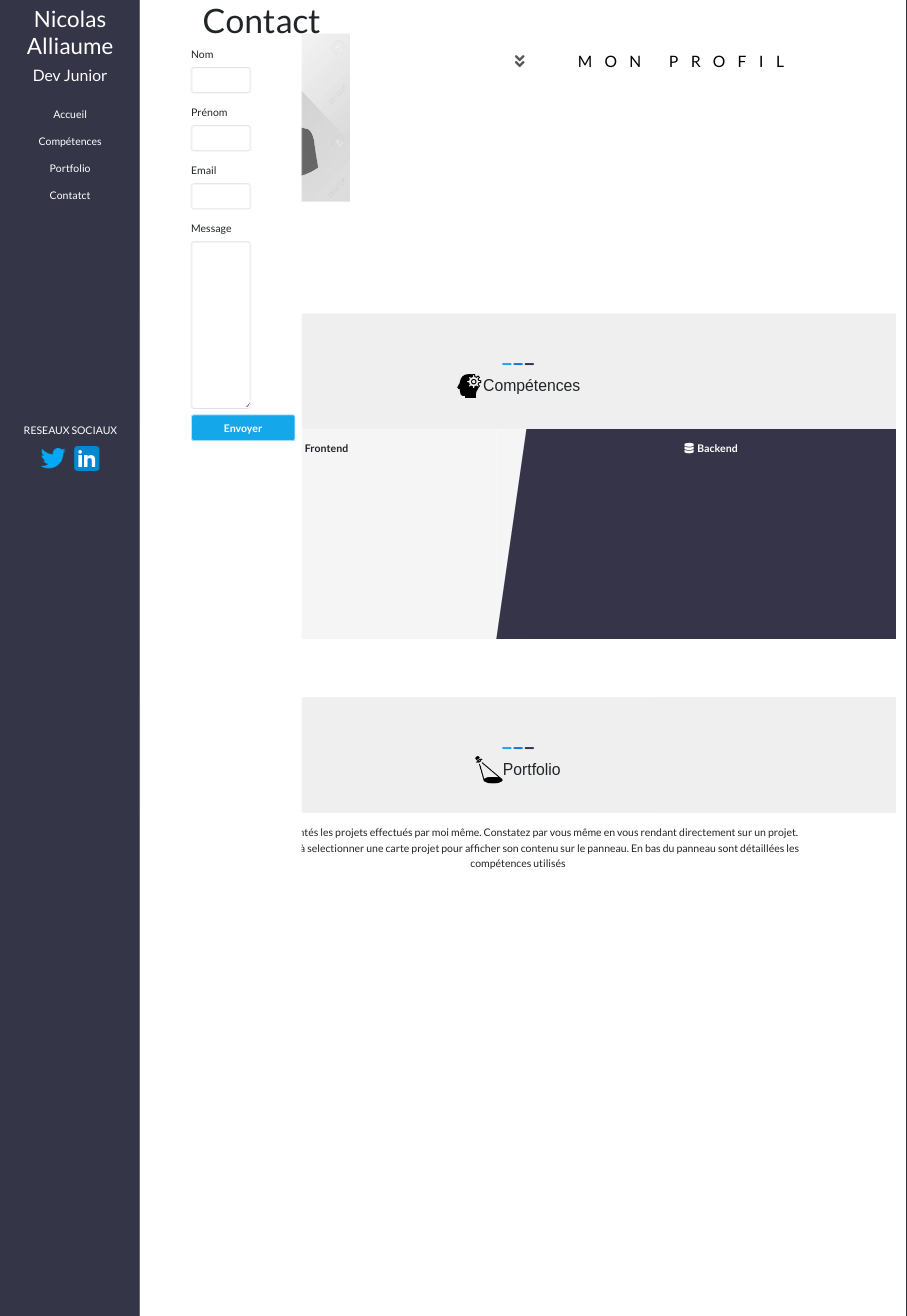
Repository: Nicolas-al/alliaumen
Page: templates/main/index.html.twig
The author's editor kept a copy of each file at every save. The page is drawn from the files as they stood at one save, then again after the next save.
The browser window is 1280 px wide. The page is 1295 px wide, so the pictures cover 1295 px, including what lies to the right of the window. The pictures show the part of the page from y = 0 to 1880 px (the page is 3063 px tall before and 720 px after), at 70% of full size.
After loading, the first visible `#form_button` was clicked once.
Some web fonts or font styles are not loaded; a fallback is used. Some web libraries are served in a nearby version. The page is a Twig template of a Symfony application; nobody is signed in and links lead nowhere. Other server files are loaded and not shown. The template is opened directly, without the code that normally fills it, so the values that code supplies are empty.

Above is the page before, as saved 2020-10-10 17:38:24.

### templates/main/index.html.twig
{% extends 'base.html.twig' %}


{% block body %}
    <div class="wrapper">
        <nav id="sidebar">
        {% include 'main/aside.html.twig' %}
        </nav>
        <div id="all-content">
            <div id="visible-content">
                <div class="col-lg-12 mt-5" id="header">
                        <div class="row">
                            <div class="col-lg-3 col-sm-3 offset-md-1" id="block_photo">
                                <img src="{{ asset('images/29273464-photo-de-profil-avatar.jpg') }}" alt="image de profil" style="width : inherit">
                            </div>
                            <div class="col-lg-8 col-sm-8" id="block_profil">
                                <div class="text-center d-flex" id="profil">
                                    <div class="block-down">
                                        <i class="fas fa-angle-double-down double-down"></i>
                                    </div>
                                    <div class="from-center">Mon profil</div>
                                </div>
                                <ul class="list-group list-group-flush" id="profil_panel">
                                    <li class="list-group-item">Diplôme : Master Sociologie Rennes 2</li>
                                    <li class="list-group-item list-group-item-secondary">Age : 29</li>
                                    <li class="list-group-item">Formation Web : Openclassroom</li>
                                    <li class="list-group-item list-group-item-secondary">Intitulé : Developpeur Web Junior</li>
                                    <li class="list-group-item">Parcours : Virage à 180, non pas par dégoût bien au contraire, j'ai acquis des connaisances importantes. J'ai découvert ce domaine et voyez la suite de ce site par vous même. </li>
                                </ul>
                            </div>
                        </div>
                </div>
                <div id="block_competences">
                        <div class="block_title">
                            <div class="title_elmt">
                                <div class="minus_block">
                                    <i class="fas fa-minus minus_one"></i>
                                    <i class="fas fa-minus minus_two"></i>
                                    <i class="fas fa-minus minus_three"></i>
                                </div>
                                <div class="title">
                                    <img src="{{ asset('images/icons/icon-skills.png') }}" alt="icon d'une tête d'humain" class="" />
                                    <h4>Compétences</h4>
                                </div>
                            </div>
                        </div>

                        <div id="skills">
                            <div class="h-50" id="front">
                                <div class="skills col-lg-12">
                                    <div class="row h-100">
                                        <div class="col-lg-12 d-flex mt-2 justify-content-center skills-title">
                                            <i class="fas fa-code"></i>
                                            <p class="align-title"><strong>Frontend</strong></p>
                                        </div>
                                        <div class="col-lg-12 mt-2" id="text_black">
                                            <div class="row text-center">
                                            {% for skill in skills %}
                                                {% if skill.type == "Frontend" %}
                                                    <div class="col-lg-4 col-sm-4 logo-skills">
                                                    {% if skill.logo %}
                                                        <img src="{{ vich_uploader_asset( skill, 'logoFile') | imagine_filter('small_thumb')}}" alt="">
                                                    {% endif %}
                                                        <p> {{ skill.name }} </p>
                                                    </div>
                                                {% endif %}
                                            {% endfor %}
                                            </div>
                                        </div>
                                    </div>
                                </div>
                            </div>
                            <div class="h-50" id="back">
                                <div class="skills col-lg-12">
                                    <div class="row h-100">
                                        <div class="col-lg-12 d-flex justify-content-center mt-2 skills-title">
                                            <i class="fas fa-database text-white"></i>
                                            <p class="align-title text-white"><strong>Backend</strong></p>
                                        </div>
                                        <div class="col-lg-12 mt-2 text-white" id="text_white">
                                            <div class="row text-center">
                                                {% for skill in skills %}
                                                    {% if skill.type == "Backend" %}
                                                        <div class="col-lg-4 col-sm-4 logo-skills" >
                                                        {% if skill.logo %}
                                                            <img src="{{ vich_uploader_asset( skill, 'logoFile') | imagine_filter('small_thumb')}}" alt="">
                                                        {% endif %}
                                                            <p> {{ skill.name }} </p>
                                                        </div>
                                                    {% endif %}
                                                {% endfor %}
                                            </div>
                                        </div>
                                    </div>
                                </div>
                            </div>
                        </div>
                </div>
                <div class="mt-5" id="block_portfolio">

                    <div class="col-lg-12 block_title mb-3">
                        <div class="title_elmt">
                            <div class="minus_block">
                                <i class="fas fa-minus minus_one"></i>
                                <i class="fas fa-minus minus_two"></i>
                                <i class="fas fa-minus minus_three"></i>
                            </div>
                            <div class="title">
                                <img src="{{ asset('images/icons/icon-portfolio.png') }}" alt="lampe qui éclair" class="" />
                                <h4>Portfolio</h4>
                            </div>
                        </div>
                    </div>
                    <div class="offset-lg-1 col-lg-10 offset-sm-1 col-sm-10" id="para_portfolio">
                        <p> Ici sont présentés les projets effectués par moi même. Constatez par vous même en vous rendant directement sur un projet. N'hésitez pas à selectionner une carte projet pour afficher son contenu sur le panneau. En bas du panneau sont détaillées les compétences utilisés</p>
                    </div>
                    <div class="d-flex m-auto block_slides">

                        {% for project in portfolio %}

                        <div class="panel_project">
                            <div class="description_project">
                                <div class="">
                                    <div class="col-lg-12">
                                        <h4>{{ project.title }}</h4>
                                    </div>
                                    <div class="col-lg-12">
                                        <p> {{ project.description }}</p>
                                    </div>
                                </div>
                            </div>
                            <div class="project">
                                <img src="{{ vich_uploader_asset(project, 'imageFile') | imagine_filter('slider_thumb')}}" alt="image projet">
                            </div>
                            <div class="skills_project">
                                <div class="row">
                                    <div class="col-lg-12">
                                        <p> <span>Compétences utilisées :</span> {{ project.skills }}</p>
                                    </div>
                                </div>
                            </div>
                            <div class="project_link">
                                    <a href="{{ path('portfolio', {'id' : project.id})  }}" class="text-white"> voir la page projet </a>
                            </div>
                        </div>

                        {% endfor %}
                    </div>

                    <div class="col-lg-12" id="block_project_card">
                        <div class="row" id="projects_cards">

                            {% for project in portfolio %}

                            <div class="project_card">
                                <div class="project_content">
                                    <h6> {{ project.title }} </h6>
                                    <img src="{{ vich_uploader_asset( project, 'imageFile') | imagine_filter('medium_thumb')}}" alt="">
                                    <p> {{ project.description }} </p>
                                    <p> {{ project.skills }} </p>
                                </div>
                            </div>

                            {% endfor %}

                        </div>
                    </div>
                </div>
                <div id="block_contact">
                    <div class="col-lg-12 block_title">
                        <div class="title_elmt">
                            <div class="minus_block">
                                <i class="fas fa-minus minus_one"></i>
                                <i class="fas fa-minus minus_two"></i>
                                <i class="fas fa-minus minus_three"></i>
                            </div>
                            <div class="title">
                                <img src="{{ asset('images/icons/icon-contact-de-messagerie.png') }}" alt="icon d'une tête d'humain" class="" />
                                <h4>Contact</h4>
                            </div>
                        </div>
                    </div>
                    <div class="col-lg-12 pl-5">

                        <address>
                            <p class="d-inline"> Email : </p>
                            <a href="mailto:alliaume.nicolas@gmail.com">alliaume.nicolas@gmail.com</a><br>
                        </address>
                    </div>
                    <p class="col-lg-12 pl-5">
                        Laissez moi un message si vous le souhaitez après avoir cliqué sur le bouton ci-dessous.
                    </p>
                    <div class="col-lg-12 pl-5">
                        <button class="button" id="form_button">
                            <a href="#contact_form" id="form_link" class="font-weight-bold text-white">
                            laisser un message</a>
                        </button>
                    </div>

                </div>


            </div>
            <div>
                {% include 'contact/index.html.twig' %}
            </div>
        </div>
    </div>
    <div>
       {% include 'main/footer.html.twig' %}
    </div>
{% endblock %}


{% block footer %}

{% endblock %}

### templates/base.html.twig
<!DOCTYPE html>
<html>
    <head>
        <lang="fr">
        <meta charset="UTF-8">
        <meta name="viewport" content="width=device-width, initial-scale=1">
        <!-- Open Graph data -->
        <meta name="description" content="Portfolio developpeur Web"/>
        <link rel="canonical" href="http://alliaumen.com/" />
        <meta property="og:locale" content="fr_FR" />
        <meta property="og:type" content="website" />
        <meta property="og:title" content="Portfolio Nicolas-A" />
        <meta property="og:description" content="Portfolio présentant l'ensemble de mes compétences ainsi que les projets effectués dans le Developpement Web" />
        <meta property="og:url" content="http://alliaumen.com/" />
        <meta property="og:site_name" content="Portfolio Nicolas-A" />

        <!-- Twitter cards -->

        <meta name="twitter:card" content="summary_large_image" />
        <meta name="twitter:description" content="Portfolio présentant l'ensemble de mes compétences ainsi que les projets effectués dans le Developpement Web" />
        <meta name="twitter:title" content="Portfolio Nicolas-A | Compétences et projets personnel dans le developpement web" />
        <meta name="twitter:site" content="@PortfolioNA" />
        <meta name="twitter:image" content="https://blog.octopulse.io/wp-content/uploads/2019/05/logo-seul-couleur@2x-e1556899421228.png" />

        <title>{% block title %}Projet5!{% endblock %}</title>
        {% block stylesheets %}
        <link type="text/css" rel="stylesheet" href="{{ asset('/css/style.css') }}" />
        <link type="text/css" rel="stylesheet" href="{{ asset('/css/project.css') }}" />
        <link rel="stylesheet" href="https://bootswatch.com/4/flatly/bootstrap.min.css">
        <link rel="stylesheet" href="https://cdnjs.cloudflare.com/ajax/libs/font-awesome/5.9.0/css/all.css">
        <link href="https://fonts.googleapis.com/css2?family=Oswald&family=Philosopher&family=Roboto&family=Crete+Round&family=Dosis:wght@600&family=Merienda:wght@700&display=swap" rel="stylesheet">
        <script src="https://code.jquery.com/jquery-3.5.1.min.js" integrity="sha256-9/aliU8dGd2tb6OSsuzixeV4y/faTqgFtohetphbbj0=" crossorigin="anonymous"></script>
        <script src="{{ asset('js/accueil/profil.js') }}"></script>
        <script src="{{ asset('js/accueil/skills.js') }}"></script>
        <script src="{{ asset('js/accueil/slider.js') }}"></script>
        <script src="{{ asset('js/accueil/contact.js') }}"></script>

        {% endblock %}
    </head>
    <body>

            {# {% block aside %}{% endblock %} #}
            {% block body %}{% endblock %}
            {% block javascripts %}{% endblock %}
            <footer>
            {% block footer %}{% endblock %}
            </footer>
            <script src="{{ asset('js/portfolio/deleteCom.js') }}"></script>
            <script src="{{ asset('js/portfolio/banIp.js') }}"></script>
    </body>
</html>

### templates/main/aside.html.twig

    {% block sidebar %}
            <div class="sidebar-header">
                <h3 class="text-center">Nicolas Alliaume</h3>
                <h4 class="text-center">Dev Junior</h4>
            </div>
            <div class="navbar navbar-expand text-center">
                <ul class="nav" style="width: -webkit-fill-available">
                    <li class="nav-item active"><a href="/#" class="nav-link text-white">Accueil</a></li>
                    <li class="nav-item"><a href="/#block_competences" class="nav-link text-white">Compétences</a></li>
                    <li class="nav-item"><a href="/#block_portfolio" class="nav-link text-white">Portfolio</a></li>
                    <li class="nav-item"><a href="/#block_contact" class="nav-link text-white">Contatct</a></li>
                </ul>
            </div>
            <div class="block_network">
                <h6>RESEAUX SOCIAUX</h6>
                <div class="d-flex justify-content-center">
                    <img class="" src="{{ asset('images/icons/icon-twitter.png') }}" alt="icon de twitter">
                    <img src="{{ asset('images/icons/icon-linkedin.png') }}" alt="icon de linkedin">
                </div>
            </div>
    {% endblock %}

### templates/contact/index.html.twig

<div class="modal_contact">
    <div class="row" id="contact_form">
        <div class="col-lg-4 offset-lg-4 text-center">
            <h1>
            Contact
            </h1>
        </div>
    </div>
    <div class="container">
        <div class="row">
            <div class="col-lg-6 mx-auto" id="contact_block">
                    <div class="form-group">
                        <label for="name">Nom</label>
                        <input type="text" class="form-control" name="name" id="name">
                        <small id="emailHelp" class="form-text text-muted"></small>
                    </div>
                    <div class="form-group">
                        <label for="firstname">Prénom</label>
                        <input type="text" class="form-control" id="firstname">
                    </div>
                    <div class="form-group">
                        <label for="mail">Email</label>
                        <input type="mail" class="form-control" id="mail">
                    </div>
                    <div class="form-group">
                        <label for="message">Message</label>
                        <textarea type="textarea" class="form-control" rows="10" id="message"></textarea>
                    </div>

                    <a class="button font-weight-bold text-white" id="button_form" href="#contact_form">Envoyer</a>
                    <p id="errors_form"></p>
            </div>
        </div>
    </div>
</div>

### templates/main/footer.html.twig
  {% block footer %}
                <footer class="row">
                    <div class="col-lg-12 mb-5 mt-5 text-center">
                        <a href="{{ path("mentions") }}" class="text-white">Mentions légales</a>
                    </div>
                    <div class="col-lg-12 text-dark copyright">
                            <p class="text-center">Tous droits réservés © Nicolas ALLIAUME 2020 - Portfolio numérique</p>

                    </div>
                </footer>
{% endblock %}

### public/css/project.css
/* ------------ Project Page -------------- */

h1{
    text-align: center;
    margin: 4%;
}
.project_page p{
    font-size: 1.1em;
    margin: 4% 0%;
    text-align: center;
}
.content{
    width: 100%;
}
figure{
    text-align: center;
}
figure img{
    box-shadow: 2px 2px 13px;
    width: 100%;
}
figure .btn{
    background: #353648;
    margin-top: 20px;
}
figure a{
    color: white;
}
figcaption{
    margin-top: 10px;
}
#comment_block{
    margin-bottom: 30px;
}
#comments{
    margin-bottom: 9%;
    margin-top: 4%;
}
#comments .comment{
    margin-bottom: 30px;
    border: 1px gainsboro;
    box-shadow: 1px 1px 5px;
}
#author_comment{
background-color: #353648;
color :white
}
#content_comment{
background-color: #ffffff;
padding: 9px 10px;
}

### public/js/accueil/contact.js
$(document).ready(function () {
        // on click pour afficher le formulaire
        ($('#form_button')).click(function(){
            $('.modal_contact').show();
            $('#sidebar').on('click', function(){
                $('.modal_contact').hide();
            });
        });
        //on attribut un href au btn de validation du formulaire
        if($('.modal_contact').hide()){
            console.log($('#form_link').attr("href"));
            $('#form_link').attr("href", "#contact_form");
        }
        // on click pour valider le formulaire
        $('#button_form').on('click', function(e){
            var name = $('#name').val();
            var firstName = $('#firstname').val();
            var mail = $('#mail').val();
            var message = $('#message').val();
            // si des champs sont vides : message erreur
            if (name === "" || firstName === "" || mail === "" || message === ""){
                var errorsForm = $('#errors_form').text("Un ou plusieurs champs ne sont pas remplis");
                errorsForm.fadeIn(300).delay(8000).fadeOut(1000);
            }
            // si tout es ok on fait une requete ajax
            else{
                $.ajax({
                    url: '/sendmail',
                    type: 'POST',
                    dataType : 'html',
                    data : 'name=' + name + '&firstname=' + firstName + '&mail=' + mail + '&message=' + message,
                    success: function (code_html, statut) { // success est toujours en place, bien sûr !
                        console.log(code_html);
                    },
                    error: function (resultat, statut, erreur) {
                    }
                });
                name = $('#name').val("");
                firstName = $('#firstname').val("");
                mail = $('#mail').val("");;
                message = $('#message').val("");
                $('.modal_contact').hide();
                console.log($("#button_form > a").attr("href"));
                $("#button_form > a").attr("href", "#block_contact");
            }
        });
});

Loaded but not shown: public/js/accueil/slider.js (51 lines, source omitted); public/js/accueil/profil.js (27 lines, source omitted); public/js/portfolio/deleteCom.js (19 lines, source omitted); public/js/portfolio/banIp.js (17 lines, source omitted); public/css/style.css (569 lines, source omitted)

After the next save:
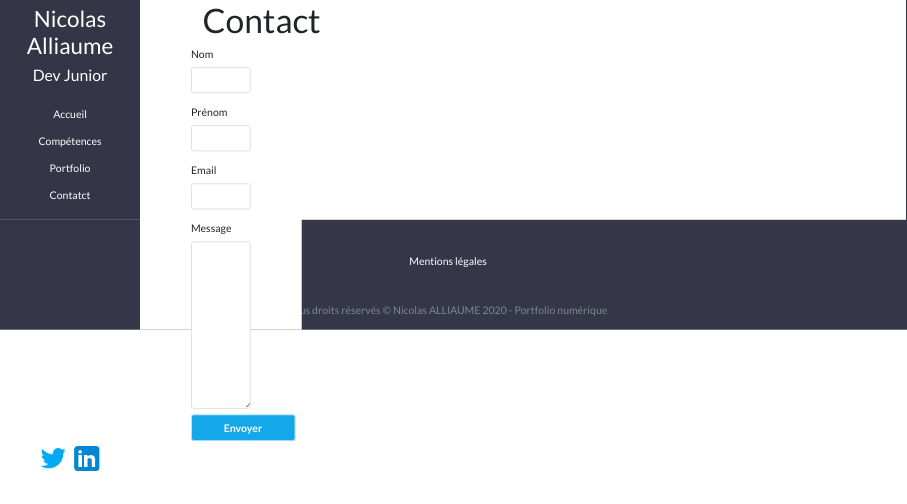
Saved 9 min 6 s later.
--- a/public/js/accueil/contact.js
+++ b/public/js/accueil/contact.js
@@ -2,6 +2,7 @@ $(document).ready(function () {
         // on click pour afficher le formulaire
         ($('#form_button')).click(function(){
             $('.modal_contact').show();
+            $('#visible-content').hide();
             $('#sidebar').on('click', function(){
                 $('.modal_contact').hide();
             });
